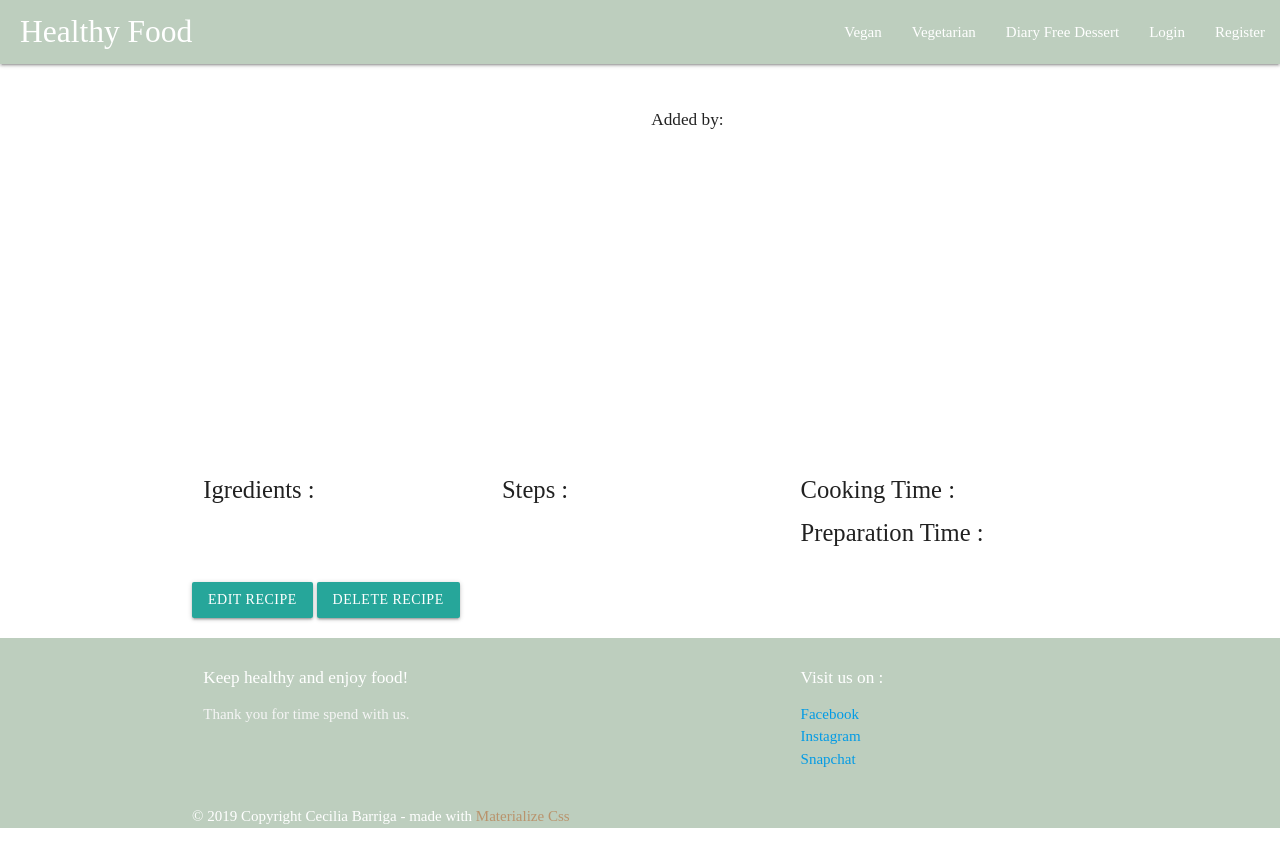
Repository: cesole/cookbook
Page: templates/recipe.html
The author's editor kept a record of every edit. The page is drawn from the files as they stood at one moment, then again after the next edit.
The browser window is 1280 px wide. The pictures show the whole page.
Some web fonts or font styles are not loaded; a fallback is used. The page is served by the project's application, run on Flask 3 (app.py). The template is opened directly, without the code that normally fills it, so the values that code supplies are empty.

Above is the page before.

After the next edit:
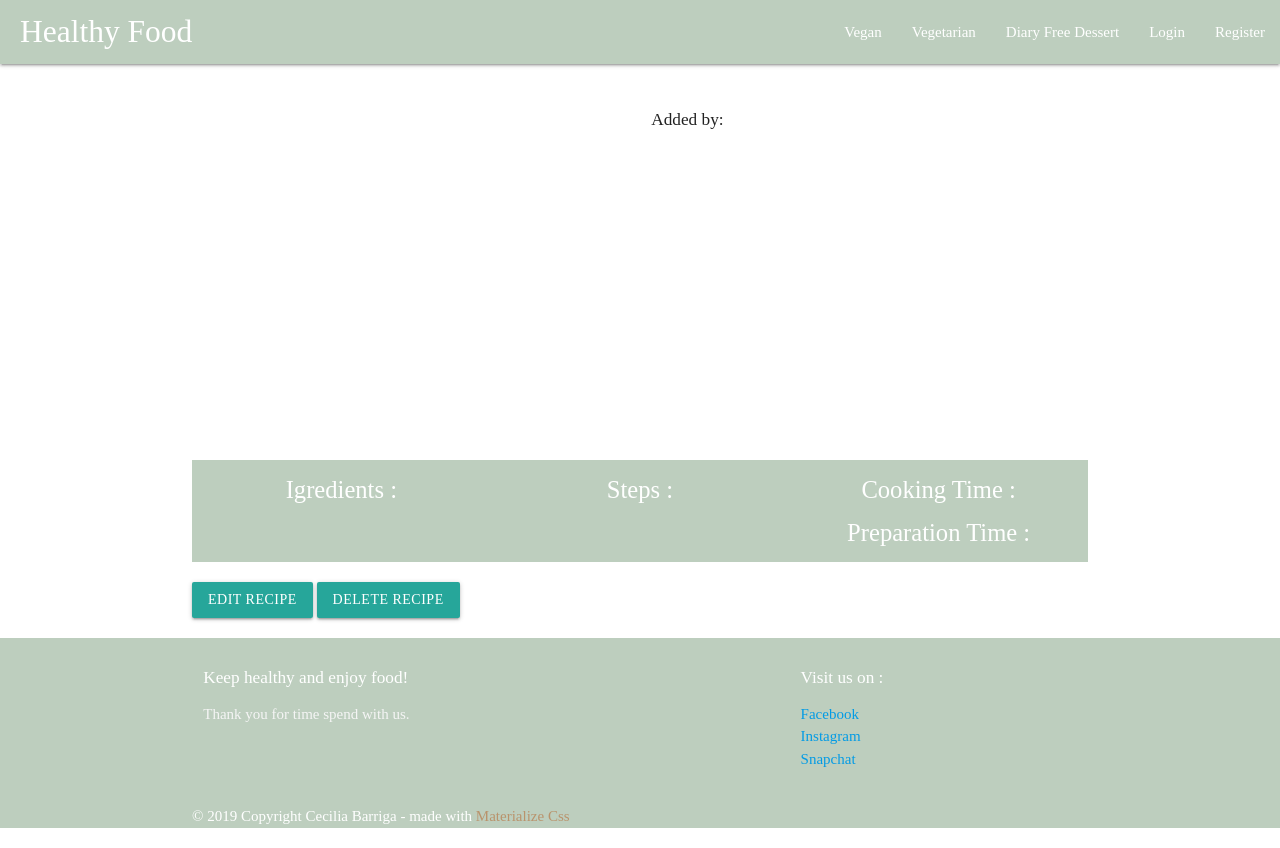
The edit:
--- a/templates/recipe.html
+++ b/templates/recipe.html
@@ -17,7 +17,7 @@
     </div>
 </div>
 </div>
-<div class="container row">
+<div class="container row white">
     <div class="col s12 m4">
         <h5>Igredients :</h5>
         <ol>
